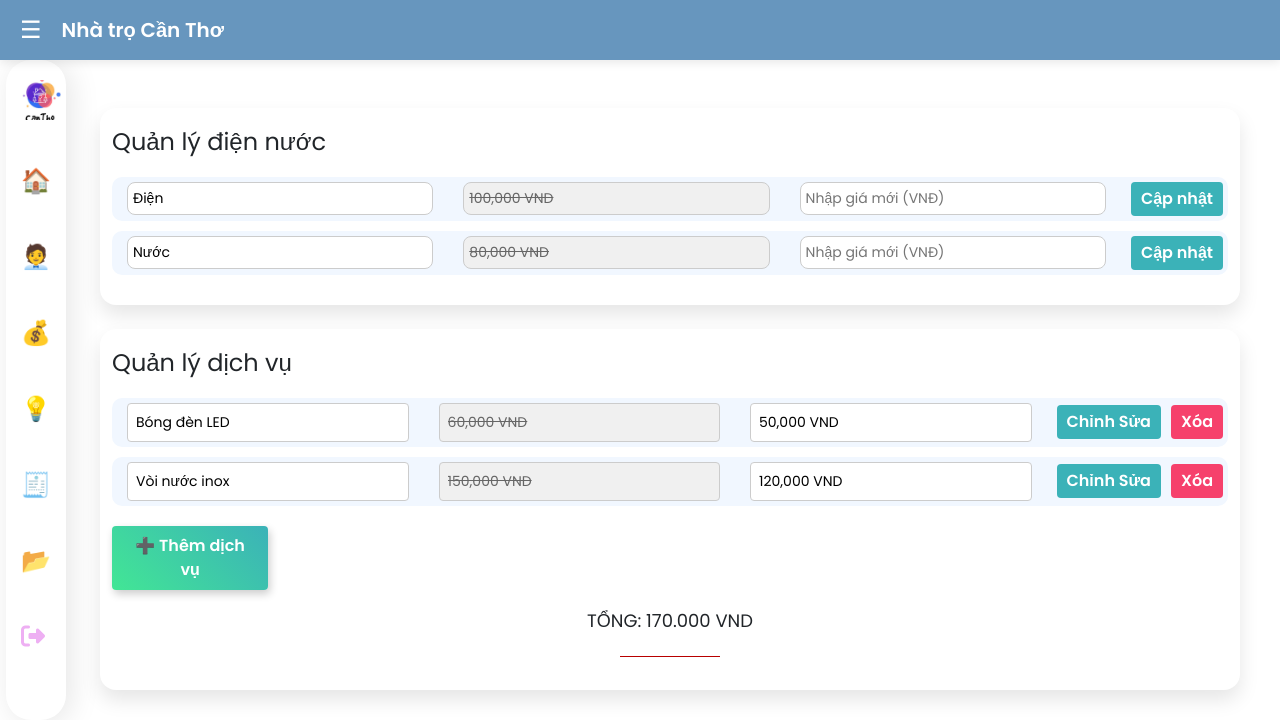
Repository: nhutty0402/DoAn02
Page: HTML/dichvu.html
The author's editor kept a copy of each file at every save. The page is drawn from the files as they stood at one save, then again after a run of saves.
The browser window is 1280 px wide. The pictures show the whole page.

Above is the page before, as saved 2025-03-21 00:01:28.

After the next 2 saves:
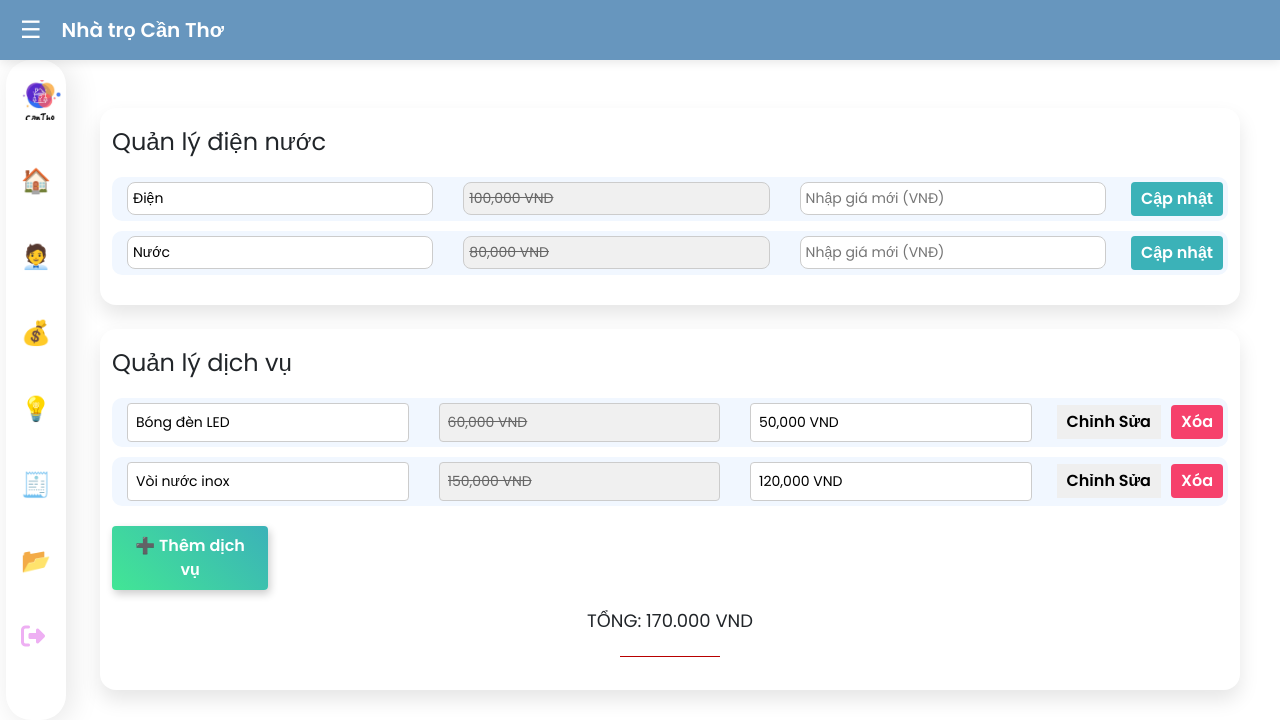
The 2 saves are shown as one change because they came seconds apart.
The last was saved 100 s later.
--- a/HTML/dichvu.html
+++ b/HTML/dichvu.html
@@ -86,7 +86,7 @@
                     <input type="text" value="60,000 VND" placeholder="Giá cũ (VNĐ)" readonly class="old-price">
                     <input type="text" value="50,000 VND" placeholder="Nhập giá mới (VNĐ)" readonly class="new-price">
                     <div class="btn-group">
-                        <button class="update-btn" onclick="updateService(this)">Chỉnh Sửa</button>
+                        <button class="upd-btn" onclick="updateService(this)">Chỉnh Sửa</button>
                         <button class="delete-btn" onclick="deleteService(this)">Xóa</button>
                     </div>
                 </div>
@@ -95,7 +95,7 @@
                     <input type="text" value="150,000 VND" placeholder="Giá cũ (VNĐ)" readonly class="old-price">
                     <input type="text" value="120,000 VND" placeholder="Nhập giá mới (VNĐ)" readonly class="new-price">
                     <div class="btn-group">
-                        <button class="update-btn" onclick="updateService(this)">Chỉnh Sửa</button>
+                        <button class="upd-btn" onclick="updateService(this)">Chỉnh Sửa</button>
                         <button class="delete-btn" onclick="deleteService(this)">Xóa</button>
                     </div>
                 </div>

After the save that followed:
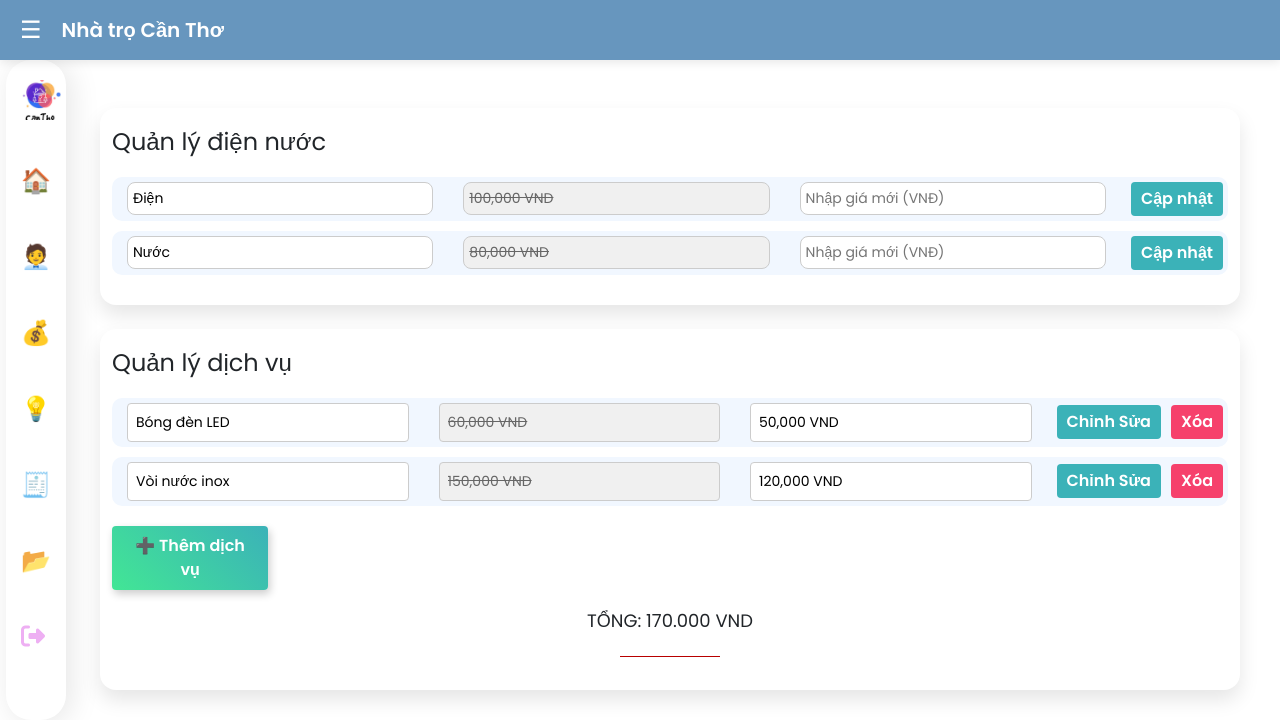
Saved 8 s later.
--- a/HTML/dichvu.html
+++ b/HTML/dichvu.html
@@ -86,7 +86,7 @@
                     <input type="text" value="60,000 VND" placeholder="Giá cũ (VNĐ)" readonly class="old-price">
                     <input type="text" value="50,000 VND" placeholder="Nhập giá mới (VNĐ)" readonly class="new-price">
                     <div class="btn-group">
-                        <button class="upd-btn" onclick="updateService(this)">Chỉnh Sửa</button>
+                        <button class="update-btn" onclick="updateService(this)">Chỉnh Sửa</button>
                         <button class="delete-btn" onclick="deleteService(this)">Xóa</button>
                     </div>
                 </div>
@@ -95,7 +95,7 @@
                     <input type="text" value="150,000 VND" placeholder="Giá cũ (VNĐ)" readonly class="old-price">
                     <input type="text" value="120,000 VND" placeholder="Nhập giá mới (VNĐ)" readonly class="new-price">
                     <div class="btn-group">
-                        <button class="upd-btn" onclick="updateService(this)">Chỉnh Sửa</button>
+                        <button class="update-btn" onclick="updateService(this)">Chỉnh Sửa</button>
                         <button class="delete-btn" onclick="deleteService(this)">Xóa</button>
                     </div>
                 </div>
